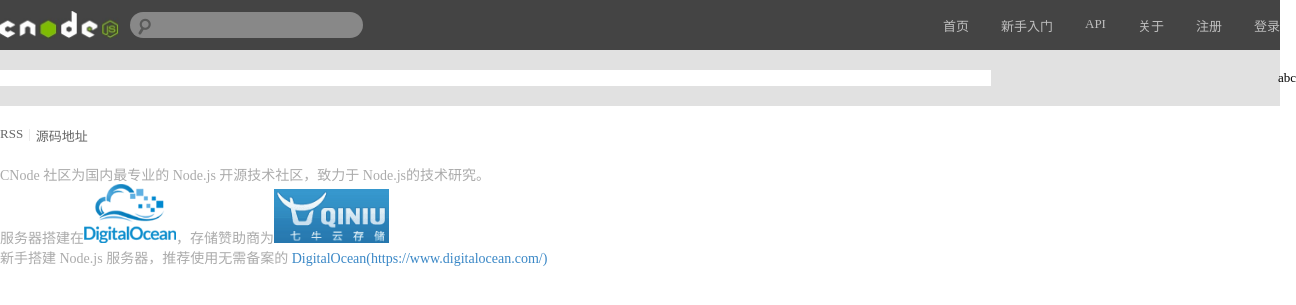
Repository: he-mengyao/pc-cnode-js
Page: /
These files come from the project's save history. The page is drawn as it stood at one moment and after the next save; the edit follows.
The browser window is 1280 px wide. The page is 1296 px wide, so the pictures cover 1296 px, including what lies to the right of the window. The pictures show the whole page.
The project was rebuilt for these pictures with package versions that can differ from the ones it lists, and the page was loaded fresh each time.

Above is the page before, as saved 2021-06-20 10:44:21.

### src/App.vue
<template>
  <div id="app">
    <router-view />
  </div>
</template>

<style lang="scss">
@import "./styles/base";
body {
  font-size: 13px;
}
</style>

### src/styles/base.scss
* {
    padding: 0;
    margin: 0;
    box-sizing: border-box;
}

.flex {
    display: flex;
}

.flex_b {
    justify-content: space-between;
}

.flex_a {
    justify-content: space-around;
}

.flex_c {
    justify-content: center;
}

.flex_r {
    justify-content: flex-end;
}

.flex_1 {
    flex: 1;
}

.col {
    flex-direction: column;
}

.ai_c {
    align-items: center;
}

.ai_e {
    align-items: flex-end;
}

.ac_c {
    align-content: center;
}

.ac_b {
    align-content: space-between;
}

.ac_a {
    align-content: space-around;
}

.wrap {
    flex-wrap: wrap;
}

.tac {
    text-align: center;
}

.fw {
    font-weight: 700;
}

.pr {
    position: relative;
}

.pa {
    position: absolute;
}

.pf {
    position: fixed;
}

.f12 {
    font-size: 12px;
}

.f14 {
    font-size: 14px;
}

.lh {
    line-height: 100%;
}

.f16 {
    font-size: 16px;
}

.f18 {
    font-size: 18px;
}

.f20 {
    font-size: 20px;
}

.b0 {
    border: 0;
}

input {
    outline: none;
}

img,
input {
    border: 0;
}

.text_overflow {
    overflow: hidden;
    text-overflow: ellipsis;
    white-space: nowrap;
}

.none {
    display: none;
}

.br {
    border-radius: 100%;
}

.cw {
    color: #fff;
}

.f30 {
    font-size: 30px;
}

.cb {
    color: #000000;
}

.cursor {
    cursor: pointer;
}

.w {
    width: 1296px;
    margin: auto;
}

.line-blue:hover {
    text-decoration: underline;
    color: #21557c;
}

.blue:hover {
    color: #405f86;
}

### src/views/Home.vue
<template>
  <div>
    <shorcut></shorcut>
    <div class="mian">
      <div class="w flex flex_b">
        <fl></fl>
        <fr></fr>
      </div>
    </div>
    <footerc></footerc>
  </div>
</template>

<script>
import shorcut from "../components/shorcut/Shortcut";
import footerc from "../components/Footerc/footerc";
import fl from "../components/Fl/fl";
import fr from "../components/Fr/fr";
export default {
  name: "",
  props: {},
  data() {
    return {};
  },
  components: {
    shorcut,
    footerc,
    fl,
    fr,
  },
  methods: {},
  mounted() {},
  computed: {},
  watch: {},
};
</script>

<style lang='scss' scoped>
.mian {
  background-color: #e1e1e1;
  .w {
    padding: 20px 0;
  }
}
</style>

### src/components/shorcut/Shortcut.vue
<template>
  <div>
    <div class="shorcut">
      <div class="w flex flex_b ai_c">
        <div class="fl flex">
          <div class="flex ai_c">
            <img src="../../assets/images/logo.jpg" alt="" class="cursor" />
            <input type="text" />
          </div>
          <div></div>
        </div>
        <div class="fr flex">
          <div class="cursor">首页</div>
          <div class="cursor">新手入门</div>
          <div class="cursor">API</div>
          <div class="cursor">关于</div>
          <div class="cursor">注册</div>
          <div class="cursor">登录</div>
        </div>
      </div>
    </div>
  </div>
</template>

<script>
export default {
  name: "",
  props: {},
  data() {
    return {};
  },
  components: {},
  methods: {},
  mounted() {},
  computed: {},
  watch: {},
};
</script>

<style lang='scss' scoped>
.shorcut {
  height: 50px;
  background-color: #444444;
  .w {
    width: 1296px;
    margin: 0 auto;
    height: 50px;
    .fl {
      img {
        width: 120px;
        height: 28px;
      }
      input {
        width: 233px;
        height: 26px;
        margin-left: 10px;
        padding-left: 25px;
        border-radius: 13px;
        background-color: #888888;
        background-image: url(../../assets/images/btn.png);
        background-position: 5px 5px;
        background-repeat: no-repeat;
        &:hover {
          background-color: #fff;
        }
      }
    }
    .fr {
      color: #bfbfbf;
      div {
        margin: 0 16px;
        &:hover {
          color: #fff;
        }
      }
    }
  }
}
</style>

### src/components/Footerc/footerc.vue
<template>
  <div>
    <div class="footer w">
      <div class="links cursor blue flex">
        <div>RSS</div>
        <span>|</span>
        <div>源码地址</div>
      </div>
      <div class="serve flex col flex_c">
        <div>
          CNode 社区为国内最专业的 Node.js 开源技术社区，致力于
          Node.js的技术研究。
        </div>
        <div>
          服务器搭建在<img
            src="../../assets/images/digitalocean.png"
            alt=""
            class="di cursor"
            title="digitalocean"
          />，存储赞助商为<img
            src="../../assets/images/qiniu.png"
            alt=""
            class="qiniu cursor"
            title="七牛云存储"
          />
        </div>
        <div>
          新手搭建 Node.js 服务器，推荐使用无需备案的
          <span class="cursor line-blue a"
            >DigitalOcean(https://www.digitalocean.com/)</span
          >
        </div>
      </div>
    </div>
  </div>
</template>

<script>
export default {
  name: "",
  props: {},
  data() {
    return {};
  },
  components: {},
  methods: {},
  mounted() {},
  computed: {},
  watch: {},
};
</script>

<style lang='scss' scoped>
.footer {
  height: 195px;
  padding: 20px 0;
  .links {
    color: #666666;
    div:hover {
      color: #405f86;
    }
    span {
      margin: 0 5px;
      color: #e2e2e2;
    }
  }
  .serve {
    height: 140px;
    font-size: 14px;
    color: #ababab;
    .di {
      width: 92px;
      height: 59px;
    }
    .qiniu {
      width: 115px;
      height: 54px;
    }
    span {
      color: #3987c6;
      &:hover {
        text-decoration: underline;
        color: #21557c;
      }
    }
  }
}
</style>

### src/components/Fl/fl.vue
<template>
  <div class="fl"></div>
</template>

<script>
export default {
  name: "",
  props: {},
  data() {
    return {};
  },
  components: {},
  methods: {},
  mounted() {},
  computed: {},
  watch: {},
};
</script>

<style lang='scss' scoped>
.fl {
  width: 991px;
  background-color: #fff;
}
</style>

### src/components/Fr/fr.vue
<template>
  <div class="fr">abc</div>
</template>

<script>
export default {
  name: "",
  props: {},
  data() {
    return {};
  },
  components: {},
  methods: {},
  mounted() {},
  computed: {},
  watch: {},
};
</script>

<style lang='scss' scoped>
.fl {
  width: 290px;
  background-color: pink;
}
</style>

Loaded but not shown: public/index.html (common file); src/main.js (common file); src/router/index.js (common file); src/store/index.js (common file)

After the next save:
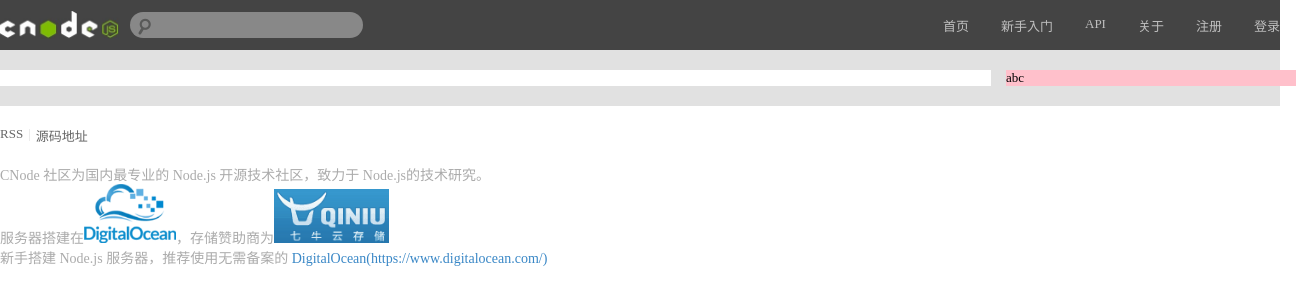
Saved 61 s later.
--- a/src/components/Fr/fr.vue
+++ b/src/components/Fr/fr.vue
@@ -18,7 +18,7 @@
 </script>
 
 <style lang='scss' scoped>
-.fl {
+.fr {
   width: 290px;
   background-color: pink;
 }
